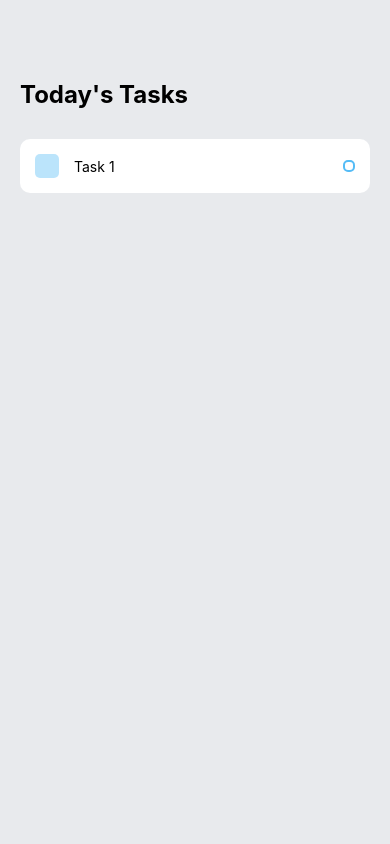
Repository: TakingJester766/React-Native-Example
Screen: /
An editor plug-in stored every save of this project. The screen is shown before and after the next save, followed by the edit.
The app was drawn by React Native's web renderer in a window 390 px wide. The project was rebuilt for these pictures with package versions that can differ from the ones it lists, and the page was loaded fresh each time.

Above is the screen before, as saved 2023-03-12 10:39:08.

### App.js
import { StatusBar } from 'expo-status-bar';
import { Button, StyleSheet, Text, View } from 'react-native';
import Task from './components/Task';

export default function App() {
  return (
    <View style={styles.container}>
      {/*Today's Tasks*/}
      <View style={styles.taskWrapper}>
        <Text style={styles.sectionTitle}>Today's Tasks</Text>

        <View style={styles.items}>
          {/*This is where the tasks will go!*/}

          <Task text={'Task 1'}/>


        </View>

      </View>
    </View>
  );
}

const styles = StyleSheet.create({
  container: {
    flex: 1,
    backgroundColor: '#E8EAED',
  },
  taskWrapper: {
    paddingTop: 80,
    paddingHorizontal: 20,
  },
  sectionTitle: {
    fontSize: 24,
    fontWeight: 'bold',
  },
  items: {
    marginTop: 30,
  },
});

### components/Task.js
import React from 'react';
import { View, Text, StyleSheet, TouchableOpacity } from 'react-native';

const Task = (props) => {
    return (
        <View style={styles.item}>
            <View style={styles.itemLeft}>
                <TouchableOpacity style={styles.square}></TouchableOpacity>
                <Text style={styles.itemText}>{props.text}</Text>
            </View>
            <View style={styles.circular}></View>
        </View>
    )
}

const styles = StyleSheet.create({
    item: {
        backgroundColor: '#FFF',
        padding: 15,
        borderRadius: 10,
        flexDirection: 'row',
        alignItems: 'center',
        justifyContent: 'space-between',
        marginBottom: 20,
    },
    itemLeft: {
        flexDirection: 'row',
        alignItems: 'center',
        flexWrap: 'wrap',
    },
    square: {
        width: 24,
        height: 24,
        backgroundColor: '#55BCF6',
        opacity: 0.4,
        borderRadius: 5,
        marginRight: 15,
    },
    itemText: {
        maxWidth: '80%',
    },
    circular: {
        width: 12,
        height: 12,
        borderColor: '#55BCF6',
        borderWidth: 2,
        borderRadius: 5,
    }
});

export default Task;

After the next save:
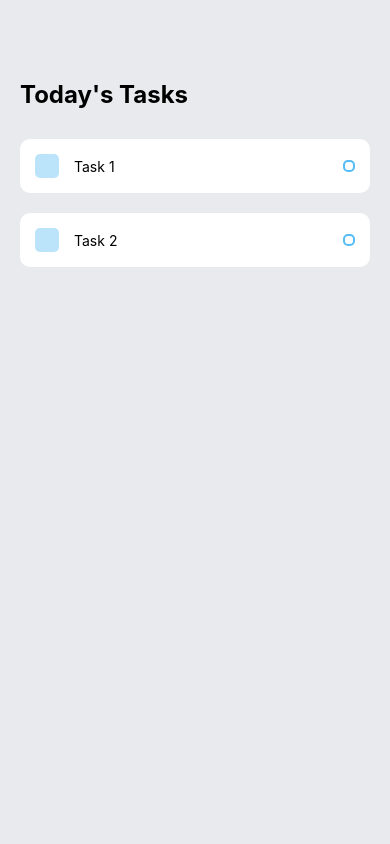
Saved 38 s later.
--- a/App.js
+++ b/App.js
@@ -13,6 +13,7 @@ export default function App() {
           {/*This is where the tasks will go!*/}
 
           <Task text={'Task 1'}/>
+          <Task text={'Task 2'}/>
 
 
         </View>
